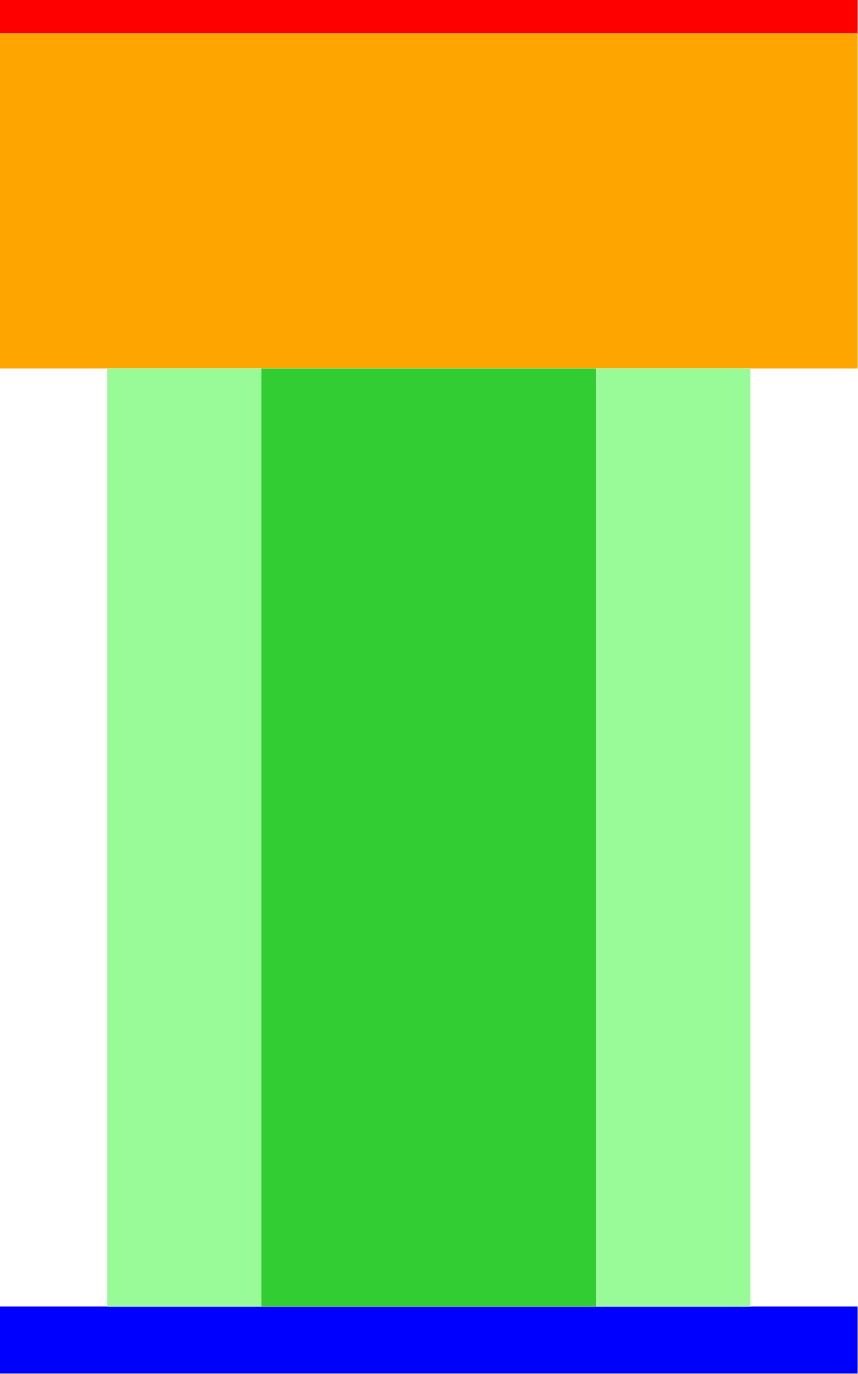
Repository: NANAKUNITA/chapter10
Page: chapter4/chapter4.html
The author's editor kept a record of every edit. The page is drawn from the files as they stood at one moment, then again after the next edit.
The browser window is 1280 px wide. The pictures show the whole page, at 67% of full size.

Above is the page before.

### chapter4/chapter4.html
<!DOCTYPE html>
<html lang="ja">
  <head>
    <meta charset="UTF-8">
    <link rel="stylesheet" href="chapter4.css"/>
    <title>4章演習</title>
  </head>

  <body>
    <div class="header"></div>

    <div class="main-visual"></div>

    <div class="main">
      <div class="sidebar-left"></div>
      <div class="blog"></div>
      <div class="sidebar-right"></div>
    </div>

    <div class="footer"></div>
  </body>
</html>

### chapter4/chapter4.css
*{
  margin:0;
  padding:0;
  box-sizing:border-box;
}

.header{
  width:100%;
  height:50px;
  background-color:red;
}

.main-visual{
  width:100%;
  height:500px;
  background-color:orange;
}

.main{
  width:960px;
  display:flex;
  justify-content:center;
  margin:0 auto;
}

.blog{
  width:500px;
  height:1400px;
  background-color:limegreen;
}

.sidebar-left{
  width:230px;
  height:1400px;
  background-color:palegreen;
}
.sidebar-right{
  width:230px;
  height:1400px;
  background-color:palegreen;
}

.footer{
  width:100%;
  height:100px;
  background-color:blue;
}

After the next edit:
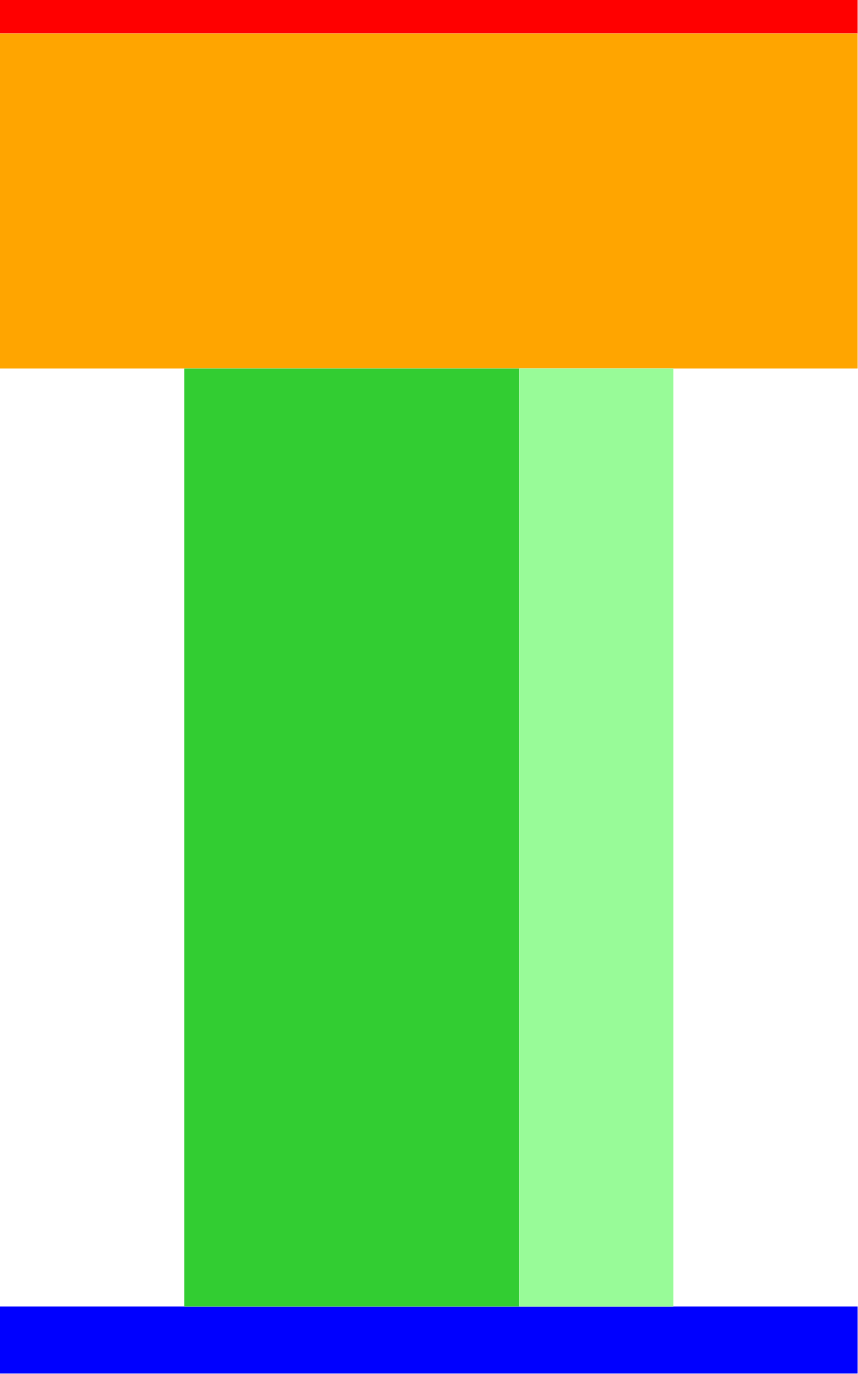
The edit:
--- a/chapter4/chapter4.css
+++ b/chapter4/chapter4.css
@@ -29,11 +29,6 @@
   background-color:limegreen;
 }
 
-.sidebar-left{
-  width:230px;
-  height:1400px;
-  background-color:palegreen;
-}
 .sidebar-right{
   width:230px;
   height:1400px;

After the edit that followed:
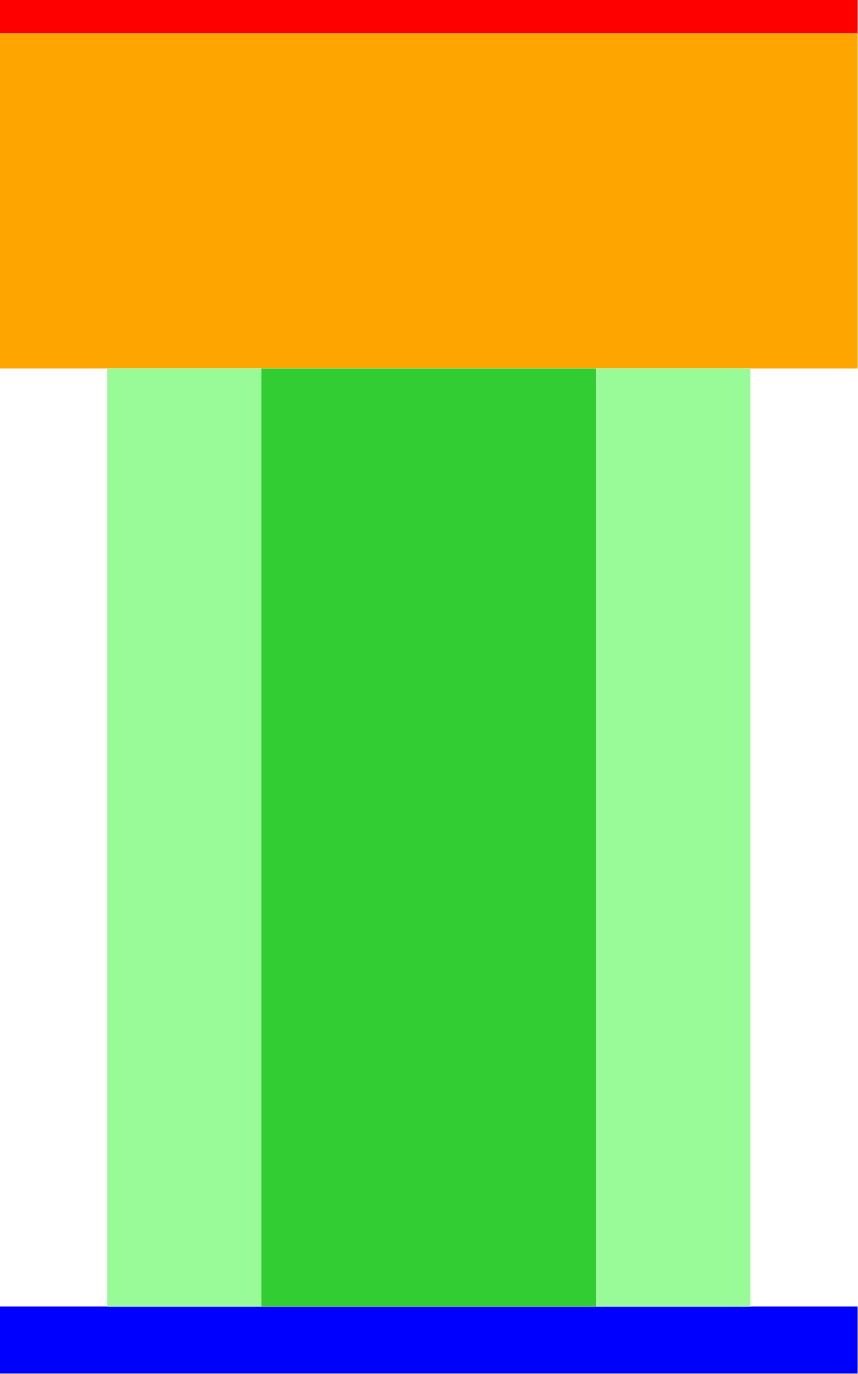
The edit:
--- a/chapter4/chapter4.css
+++ b/chapter4/chapter4.css
@@ -23,6 +23,12 @@
   margin:0 auto;
 }
 
+.sidebar-left{
+  width:230px;
+  height:1400px;
+  background-color:palegreen;
+}
+
 .blog{
   width:500px;
   height:1400px;
